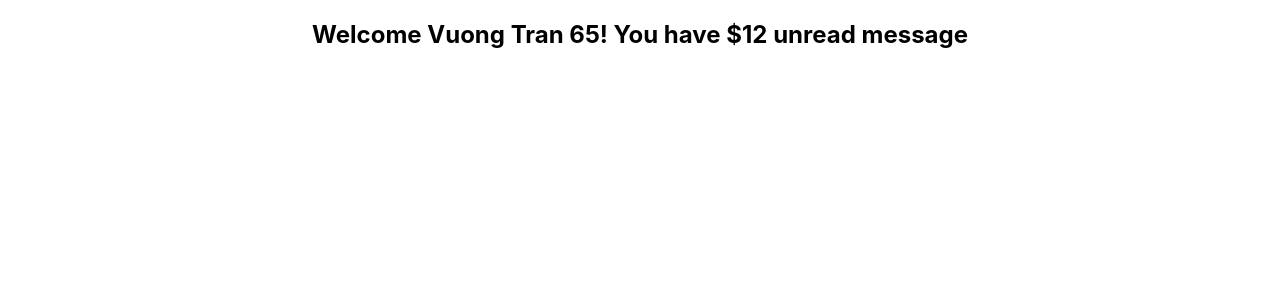
Repository: vuongtm1999/ALTA-exercise-1
Page: /
The author's editor kept a copy of each file at every save. The page is drawn from the files as they stood at one save, then again after the next save.
The browser window is 1280 px wide. The pictures show the whole page.
The project was rebuilt for these pictures with package versions that can differ from the ones it lists, and the page was loaded fresh each time.

Above is the page before, as saved 2022-10-24 16:05:06.

### src/App.tsx
import './App.css';
import { Greet } from './components/Greet';

function App() {
  return (
    <div className="App">
      <Greet name="Vuong Tran 65" messageCount={12} isLoggedIn={true}  />
    </div>
  );
}

export default App;

### src/components/Greet.tsx
type Greetprops = {
    name: string
    messageCount: number
    isLoggedIn: boolean
}

export const Greet = (props: Greetprops) => {
    return (
        <div>
            {props.isLoggedIn ?  <h2>Welcome {props.name}! You have ${props.messageCount} unread message</h2> :
                                    <h2>Welcome guest</h2>
            }
        </div>
     );
};

Loaded but not shown: public/index.html (common file); src/index.tsx (common file); src/index.css (common file); src/reportWebVitals.ts (common file); src/App.css (common file)

After the next save:
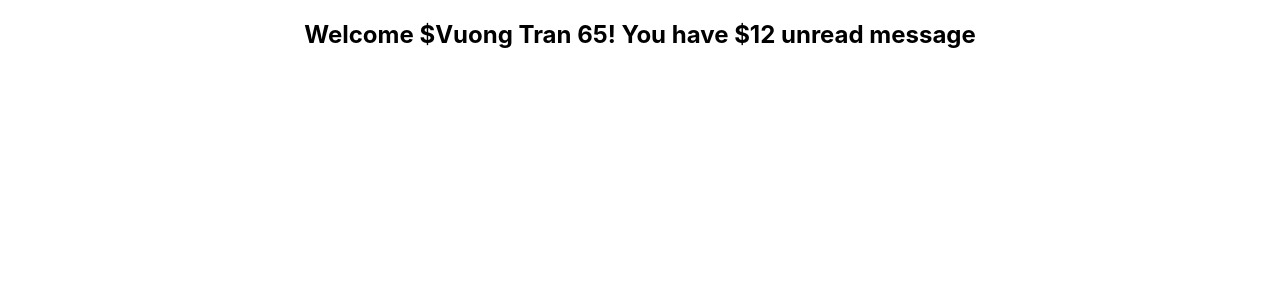
Saved 2 min 24 s later.
--- a/src/components/Greet.tsx
+++ b/src/components/Greet.tsx
@@ -7,7 +7,7 @@ type Greetprops = {
 export const Greet = (props: Greetprops) => {
     return (
         <div>
-            {props.isLoggedIn ?  <h2>Welcome {props.name}! You have ${props.messageCount} unread message</h2> :
+            {props.isLoggedIn ?  <h2>Welcome ${props.name}! You have ${props.messageCount} unread message</h2> :
                                     <h2>Welcome guest</h2>
             }
         </div>
